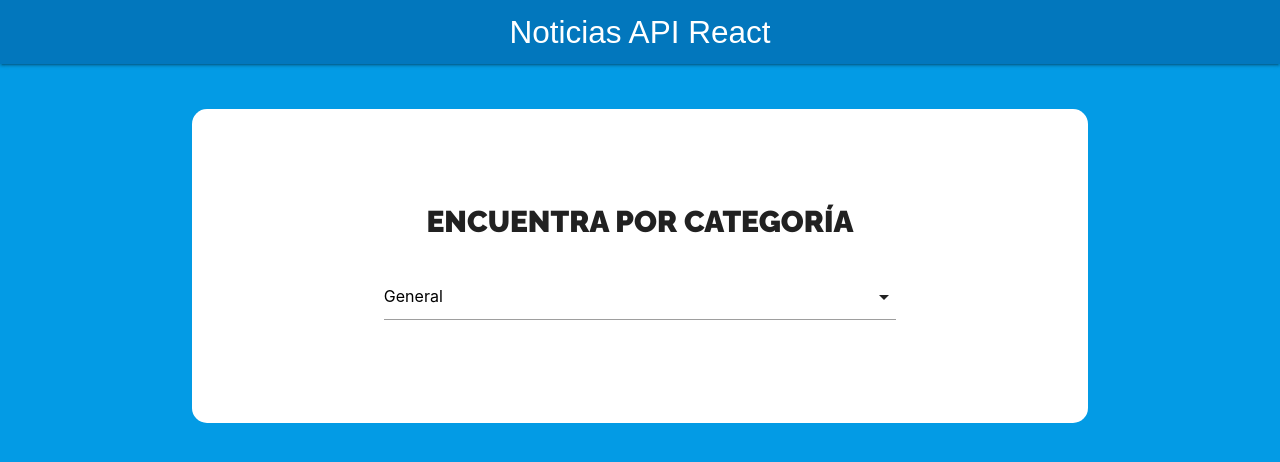
Repository: ppfeliuu/News-API-React
Page: /
The author's editor kept a copy of each file at every save. The page is drawn from the files as they stood at one save, then again after the next save.
The browser window is 1280 px wide. The pictures show the whole page.
The page's requests for data from a server got no answer. The project was rebuilt for these pictures with package versions that can differ from the ones it lists, and the page was loaded fresh each time. No one was signed in, and anything a server would have sent is missing. Also part of the build but not shown: src/components/Noticia.js.

Above is the page before, as saved 2019-06-19 11:23:52.

### public/index.html
<!DOCTYPE html>
<html lang="en">
  <head>
    <meta charset="utf-8" />
    <link rel="shortcut icon" href="%PUBLIC_URL%/favicon.ico" />
    <meta name="viewport" content="width=device-width, initial-scale=1" />
    <meta name="theme-color" content="#000000" />
    <!--
      manifest.json provides metadata used when your web app is installed on a
      user's mobile device or desktop. See https://developers.google.com/web/fundamentals/web-app-manifest/
    -->
    <link rel="manifest" href="%PUBLIC_URL%/manifest.json" />

    <link rel="stylesheet" href="https://cdnjs.cloudflare.com/ajax/libs/materialize/1.0.0/css/materialize.min.css">
    <link href="https://fonts.googleapis.com/css?family=Raleway:700,900" rel="stylesheet">
    <!--
      Notice the use of %PUBLIC_URL% in the tags above.
      It will be replaced with the URL of the `public` folder during the build.
      Only files inside the `public` folder can be referenced from the HTML.

      Unlike "/favicon.ico" or "favicon.ico", "%PUBLIC_URL%/favicon.ico" will
      work correctly both with client-side routing and a non-root public URL.
      Learn how to configure a non-root public URL by running `npm run build`.
    -->
    <title>React App</title>
  </head>
  <body>
    <noscript>You need to enable JavaScript to run this app.</noscript>
    <div id="root"></div>
    <!--
      This HTML file is a template.
      If you open it directly in the browser, you will see an empty page.

      You can add webfonts, meta tags, or analytics to this file.
      The build step will place the bundled scripts into the <body> tag.

      To begin the development, run `npm start` or `yarn start`.
      To create a production bundle, use `npm run build` or `yarn build`.
    -->
    <script src="https://cdnjs.cloudflare.com/ajax/libs/materialize/1.0.0/js/materialize.min.js"></script>
     <script>
      document.addEventListener('DOMContentLoaded', function() {
          var elements = document.querySelectorAll('select');
          M.FormSelect.init(elements);
      });
    </script>
  </body>
</html>

### src/index.css
body {
  margin: 0;
  padding: 0;
  font-family: sans-serif;
}

body {
  background-color: #039be5;
}
.card-content h3 {
  font-size: 1.4rem;
}
.row {
  display: flex;
  flex-wrap: wrap;
}
.contenedor-noticias {
  padding: 2rem;
  border-radius: 1rem;
  margin-top: 3rem;
}

.buscador {
  margin-top: 2rem;
  margin-bottom: 2rem;
  text-align: left;
}
.buscador label {
  font-size: 2rem;
  color: black;
}
.dropdown-content li>span {
  color: black;
}
.select-wrapper input.select-dropdown:focus {
  border-bottom: 1px solid #e64a19!important;
}
h2 {
  font-family: 'Raleway', sans-serif;
  font-weight: 900;
  font-size: 2rem;
  text-transform: uppercase;
  text-align: center;
}

.card-action .btn {
  width: 100%;
}
.enviar input[type="submit"] {
  width: 100%;
}

.fade-enter {
  opacity: 0;
  transform: scale(1.25);
}
.fade-enter.fade-enter-active {
  opacity: 1;
  transition: all .5s ease-in;
  transform: scale(1);
}

.fade-exit {
  opacity: 1;
  transform: scale(1.25);
}
.fade-exit.fade-exit-active {
  opacity: 0;
  transition: all .5s ease-in;
  transform: scale(1);
}

### src/App.js
import React, { Component, Fragment } from 'react';
import Header from './components/Header';
import ListaNoticias from './components/ListaNoticias'
import Formulario from './components/Formulario'

class App extends Component {
  state = {
    noticias: []
   }

  componentDidMount() {
    this.consultarNoticias();
  }

  consultarNoticias = async (categoria = 'general') => {
    const url = `https://newsapi.org/v2/top-headlines?country=us&category=${categoria}&apiKey=d366c02b66b04ee2bb3309e8e90df583`;

    const respuesta = await fetch(url);
    const noticias = await respuesta.json();

    this.setState({
      noticias: noticias.articles
    })
  }

  render() {
    return (
      <Fragment>
        <Header titulo="Noticias API React"/>
        <div className="container white contenedor-noticias">
            <Formulario
              consultarNoticias={this.consultarNoticias} />
            <ListaNoticias
              noticias={this.state.noticias}
            />
        </div>
      </Fragment>
    );
  }
}


export default App;

### src/components/Header.js
import React from 'react';

const Header = ({titulo}) => (
    <nav className="nav-wrapper light-blue darken-3">
        <a className="brand-logo center">{titulo}</a>

    </nav>
);

export default Header;

### src/components/ListaNoticias.js
import React from 'react';
import Noticia from './Noticia'

const ListaNoticias = ({noticias}) =>
(
    <div className="row">
        {noticias.map(noticia => (
            <Noticia
                key={noticia.url}
                noticia={noticia}
            />
        ))}
    </div>
);


export default ListaNoticias;

### src/components/Formulario.js
import React, { Component } from 'react';

class Formulario extends Component {
    state = {
        categoria: 'general'
     }

     cambiarCategoria = e => {
        this.setState({
            categoria: e.target.value
        }, () => {
            this.props.consultarNoticias(this.state.categoria);
        });
     }

    render() {
        return (
            <div className="buscador row">
                <div className="col s12 m8 offset-m2">
                    <form >
                        <h2>Encuentra por categoría</h2>

                        <div className="input-field col s12">
                            <select onChange={this.cambiarCategoria}>
                                <option value="general">General</option>
                                <option value="business">Business</option>
                                <option value="entertainment">Entertainment</option>
                                <option value="health">Health</option>
                                <option value="science">Science</option>
                                <option value="sports">Sports</option>
                                <option value="technology">Technology</option>
                            </select>
                        </div>
                    </form>
                </div>
            </div>
         );
    }
}

export default Formulario;

Loaded but not shown: src/index.js (common file); src/serviceWorker.js (common file)

After the next save:
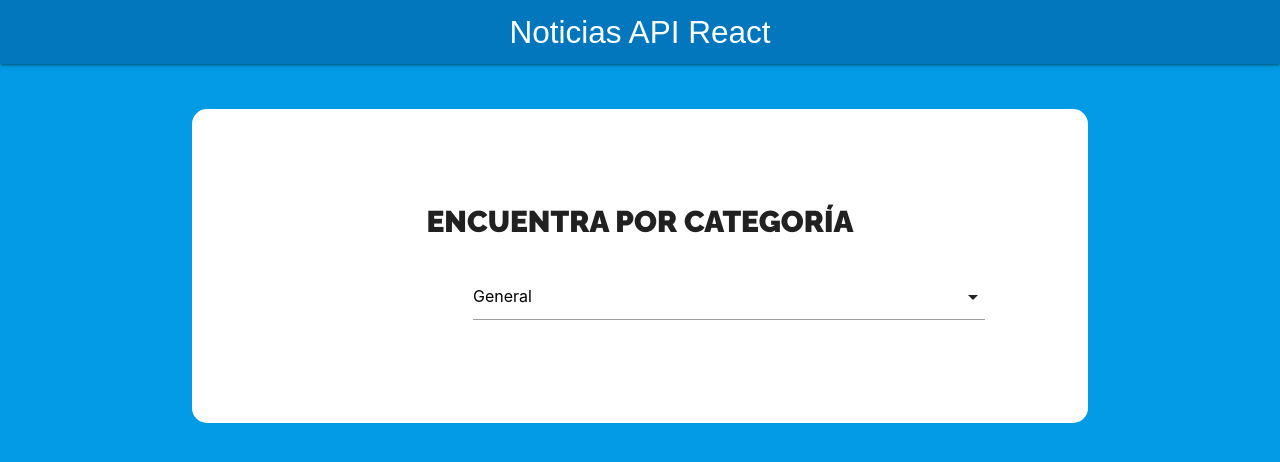
Saved 23 s later.
--- a/src/components/Formulario.js
+++ b/src/components/Formulario.js
@@ -20,7 +20,7 @@ class Formulario extends Component {
                     <form >
                         <h2>Encuentra por categoría</h2>
 
-                        <div className="input-field col s12">
+                        <div className="input-field col s12  offset-m2">
                             <select onChange={this.cambiarCategoria}>
                                 <option value="general">General</option>
                                 <option value="business">Business</option>
